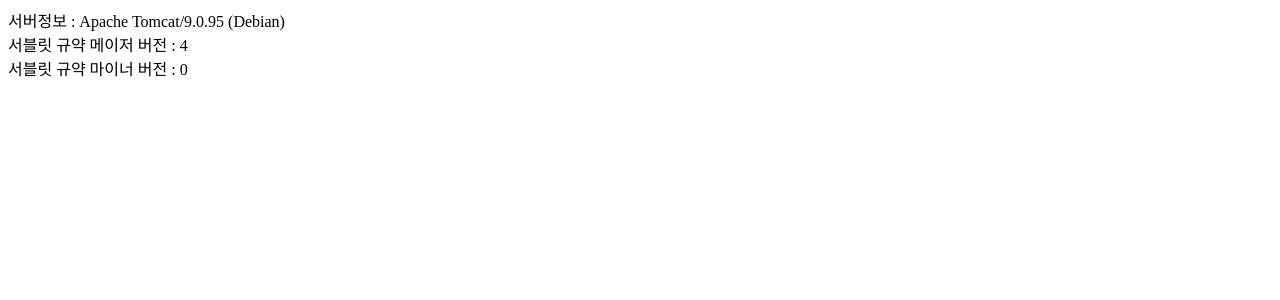
Repository: jjanggu1990/kh_java
Page: http://localhost/JSP_EX/day0321/viewServerInfo.jsp
An editor plug-in stored every save of this project. The page is shown before and after the next save, followed by the edit.
The browser window is 1280 px wide. The pictures show the whole page.
The page is served by Tomcat 9.

Above is the page before, as saved 2016-03-21 08:00:26.

After the next save:
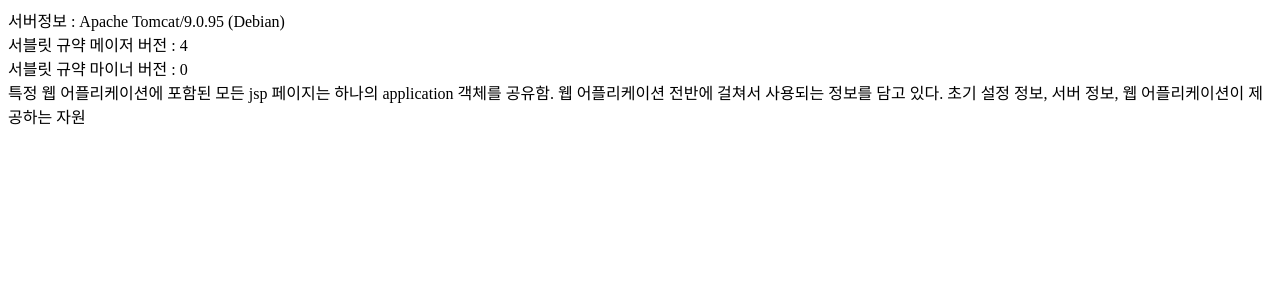
Saved 36 s later.
--- a/workspace/JSP_EX/WebContent/day0321/viewServerInfo.jsp
+++ b/workspace/JSP_EX/WebContent/day0321/viewServerInfo.jsp
@@ -8,6 +8,10 @@
 <body>
 서버정보 : <%= application.getServerInfo() %><br>
 서블릿 규약 메이저 버전 : <%= application.getMajorVersion() %><br>
-서블릿 규약 마이너 버전 : <%= application.getMinorVersion() %>
+서블릿 규약 마이너 버전 : <%= application.getMinorVersion() %><br>
+
+특정 웹 어플리케이션에 포함된 모든 jsp 페이지는 하나의 application 객체를 공유함.
+웹 어플리케이션 전반에 걸쳐서 사용되는 정보를 담고 있다.
+초기 설정 정보, 서버 정보, 웹 어플리케이션이 제공하는 자원
 </body>
 </html>
